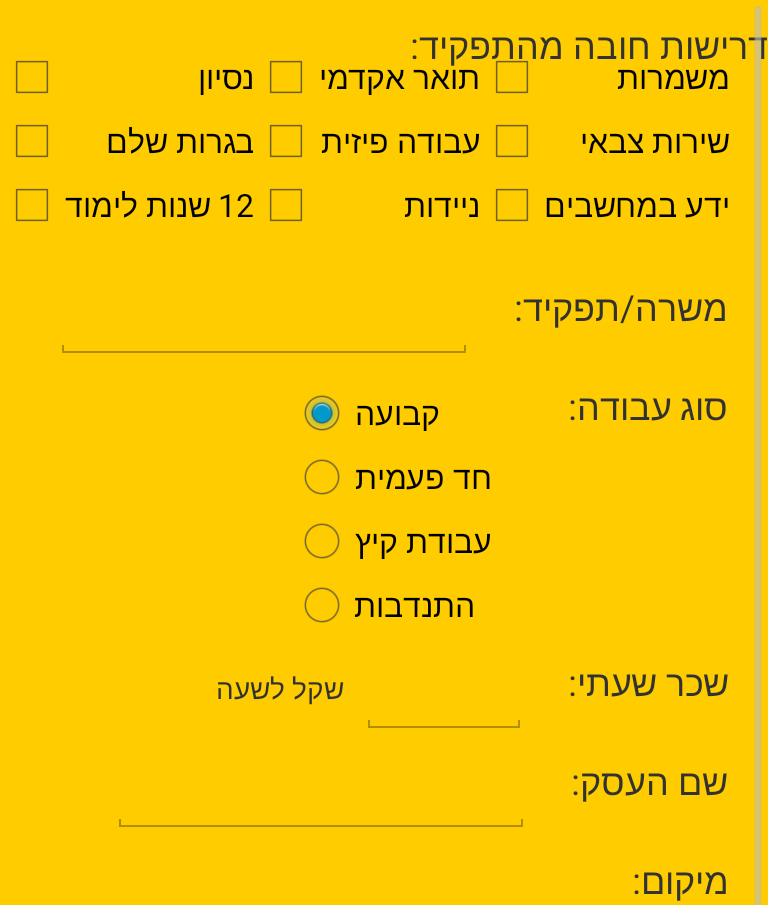
Repository: rodi055/jobli
Layout: Jobli/res/layout/fragment_create_job.xml
The author's editor kept a copy of each file at every save. The layout is drawn from the files as they stood at one save, then again after the next save.
The pictures show rows 0 to 905 of an output 1280 px tall.
Pictures or frames that could not be fetched are drawn as grey boxes. It is drawn on a 768 x 1280 px phone screen (xhdpi) without system bars, with theme AppTheme; the app's code is not run. The app's manifest (not shown) leaves right-to-left support off. So textAlignment, textDirection and layoutDirection are ignored, and left and right values win over start and end ones.

Above is the layout before, as saved 2015-01-03 12:41:23.

### Jobli/res/layout/fragment_create_job.xml
<?xml version="1.0" encoding="utf-8"?>
<LinearLayout xmlns:android="http://schemas.android.com/apk/res/android"
    android:layout_width="match_parent"
    android:layout_height="match_parent"
    android:background="#FFCC00"
    android:orientation="vertical" >

    <ScrollView
        android:layout_width="match_parent"
        android:layout_height="wrap_content" >

        <LinearLayout
            android:layout_width="match_parent"
            android:layout_height="wrap_content"
            android:orientation="vertical" >

            <RelativeLayout
                android:layout_width="wrap_content"
                android:layout_height="0dp"
                android:layout_weight="0.56"
                  android:layout_marginTop="10dp" >

                <TextView
                    android:id="@+id/textView10"
                    android:layout_width="wrap_content"
                    android:layout_height="wrap_content"
                    android:layout_alignParentEnd="true"
                    android:layout_alignParentRight="true"
                    android:layout_alignParentTop="true"
                    android:text="דרישות חובה מהתפקיד:"
                    android:textSize="18sp" />

                <TableLayout
                    android:id="@+id/table3"
                    android:layout_width="wrap_content"
                    android:layout_height="wrap_content"
                    android:layout_centerVertical="true"
                    android:layout_toEndOf="@+id/table2"
                    android:layout_toRightOf="@+id/table2" >

                    <TableRow
                        android:id="@+id/tableRow21"
                        android:layout_width="wrap_content"
                        android:layout_height="wrap_content" >

                        <CheckBox
                            android:id="@+id/checkBox22"
                            android:layout_width="wrap_content"
                            android:layout_height="wrap_content"
                            android:text="משמרות" />
                    </TableRow>

                    <TableRow
                        android:id="@+id/tableRow22"
                        android:layout_width="wrap_content"
                        android:layout_height="wrap_content" >

                        <CheckBox
                            android:id="@+id/checkBox23"
                            android:layout_width="wrap_content"
                            android:layout_height="wrap_content"
                            android:text="שירות צבאי" />
                    </TableRow>

                    <TableRow
                        android:id="@+id/tableRow23"
                        android:layout_width="wrap_content"
                        android:layout_height="wrap_content" >

                        <CheckBox
                            android:id="@+id/checkBox24"
                            android:layout_width="wrap_content"
                            android:layout_height="wrap_content"
                            android:text="ידע במחשבים" />
                    </TableRow>

                    <TableRow
                        android:id="@+id/tableRow24"
                        android:layout_width="wrap_content"
                        android:layout_height="wrap_content" >
                    </TableRow>
                </TableLayout>

                <TableLayout
                    android:id="@+id/table2"
                    android:layout_width="wrap_content"
                    android:layout_height="wrap_content"
                    android:layout_centerVertical="true"
                    android:layout_toEndOf="@+id/table1"
                    android:layout_toRightOf="@+id/table1" >

                    <TableRow
                        android:id="@+id/tableRow41"
                        android:layout_width="wrap_content"
                        android:layout_height="wrap_content" >

                        <CheckBox
                            android:id="@+id/checkBox2"
                            android:layout_width="wrap_content"
                            android:layout_height="wrap_content"
                            android:text="תואר אקדמי" />
                    </TableRow>

                    <TableRow
                        android:id="@+id/tableRow2"
                        android:layout_width="wrap_content"
                        android:layout_height="wrap_content" >

                        <CheckBox
                            android:id="@+id/checkBox42"
                            android:layout_width="wrap_content"
                            android:layout_height="wrap_content"
                            android:text="עבודה פיזית" />
                    </TableRow>

                    <TableRow
                        android:id="@+id/tableRow3"
                        android:layout_width="wrap_content"
                        android:layout_height="wrap_content" >

                        <CheckBox
                            android:id="@+id/checkBox4"
                            android:layout_width="wrap_content"
                            android:layout_height="wrap_content"
                            android:text="ניידות" />
                    </TableRow>

                    <TableRow
                        android:id="@+id/tableRow4"
                        android:layout_width="wrap_content"
                        android:layout_height="wrap_content" >
                    </TableRow>
                </TableLayout>

                <TableLayout
                    android:id="@+id/table1"
                    android:layout_width="wrap_content"
                    android:layout_height="wrap_content"
                    android:layout_below="@+id/textView10"
                    android:layout_centerVertical="true" >

                    <TableRow
                        android:id="@+id/tableRow11"
                        android:layout_width="wrap_content"
                        android:layout_height="wrap_content" >

                        <CheckBox
                            android:id="@+id/checkBox12"
                            android:layout_width="wrap_content"
                            android:layout_height="wrap_content"
                            android:text="נסיון" />
                    </TableRow>

                    <TableRow
                        android:id="@+id/tableRow12"
                        android:layout_width="wrap_content"
                        android:layout_height="wrap_content" >

                        <CheckBox
                            android:id="@+id/checkBox13"
                            android:layout_width="wrap_content"
                            android:layout_height="wrap_content"
                            android:text="בגרות שלם" />
                    </TableRow>

                    <TableRow
                        android:id="@+id/tableRow13"
                        android:layout_width="wrap_content"
                        android:layout_height="wrap_content" >

                        <CheckBox
                            android:id="@+id/checkBox14"
                            android:layout_width="wrap_content"
                            android:layout_height="wrap_content"
                            android:text="12 שנות לימוד" />
                    </TableRow>

                    <TableRow
                        android:id="@+id/tableRow14"
                        android:layout_width="wrap_content"
                        android:layout_height="wrap_content" >
                    </TableRow>
                </TableLayout>
            </RelativeLayout>

            <RelativeLayout
                android:layout_width="wrap_content"
                android:layout_height="wrap_content"
                android:layout_marginTop="10dp" >

                <TextView
                    android:id="@+id/textView1"
                    android:layout_width="wrap_content"
                    android:layout_height="wrap_content"
                    android:layout_alignParentEnd="true"
                    android:layout_alignParentRight="true"
                    android:layout_alignParentTop="true"
                    android:layout_marginEnd="20dp"
                    android:layout_marginRight="20dp"
                    android:text="משרה/תפקיד:"
                    android:textSize="18sp" />

                <EditText
                    android:id="@+id/editText1"
                    android:layout_width="wrap_content"
                    android:layout_height="wrap_content"
                    android:layout_alignTop="@+id/textView1"
                    android:layout_marginEnd="20dp"
                    android:layout_marginRight="20dp"
                    android:layout_toLeftOf="@+id/textView1"
                    android:layout_toStartOf="@+id/textView1"
                    android:ems="10"
                    android:inputType="text"
                    android:maxLines="1" />
            </RelativeLayout>

            <RelativeLayout
                android:layout_width="wrap_content"
                android:layout_height="wrap_content"
                android:layout_marginTop="10dp" >

                <TextView
                    android:id="@+id/textView2"
                    android:layout_width="wrap_content"
                    android:layout_height="wrap_content"
                    android:layout_alignParentEnd="true"
                    android:layout_alignParentRight="true"
                    android:layout_alignParentTop="true"
                    android:layout_marginEnd="20dp"
                    android:layout_marginRight="20dp"
                    android:text="סוג עבודה:"
                    android:textSize="18sp" />

                <RadioGroup
                    android:id="@+id/radioGroup1"
                    android:layout_width="wrap_content"
                    android:layout_height="wrap_content"
                    android:layout_alignParentTop="true"
                    android:layout_marginEnd="38dp"
                    android:layout_marginRight="38dp"
                    android:layout_toLeftOf="@+id/textView2" >

                    <RadioButton
                        android:id="@+id/radio0"
                        android:layout_width="wrap_content"
                        android:layout_height="wrap_content"
                        android:checked="true"
                        android:text="קבועה" />

                    <RadioButton
                        android:id="@+id/radio1"
                        android:layout_width="wrap_content"
                        android:layout_height="wrap_content"
                        android:text="חד פעמית" />

                    <RadioButton
                        android:id="@+id/radio2"
                        android:layout_width="wrap_content"
                        android:layout_height="wrap_content"
                        android:text="עבודת קיץ" />

                    <RadioButton
                        android:id="@+id/radio3"
                        android:layout_width="wrap_content"
                        android:layout_height="wrap_content"
                        android:text="התנדבות" />
                </RadioGroup>
            </RelativeLayout>

            <RelativeLayout
                android:layout_width="wrap_content"
                android:layout_height="wrap_content"
                android:layout_marginTop="10dp" >

                <TextView
                    android:id="@+id/textView8"
                    android:layout_width="wrap_content"
                    android:layout_height="wrap_content"
                    android:layout_alignParentEnd="true"
                    android:layout_alignParentRight="true"
                    android:layout_alignParentTop="true"
                    android:layout_marginEnd="20dp"
                    android:layout_marginRight="20dp"
                    android:text="שכר שעתי:"
                    android:textSize="18sp" />

                <EditText
                    android:id="@+id/editText8"
                    android:layout_width="wrap_content"
                    android:layout_height="wrap_content"
                    android:layout_alignTop="@+id/textView8"
                    android:layout_marginEnd="20dp"
                    android:layout_marginRight="20dp"
                    android:layout_toLeftOf="@+id/textView8"
                    android:ems="4"
                    android:inputType="numberDecimal"
                    android:maxLines="1"
                    android:singleLine="true" />

                <TextView
                    android:id="@+id/textView9"
                    android:layout_width="wrap_content"
                    android:layout_height="wrap_content"
                    android:layout_alignBottom="@+id/textView8"
                    android:layout_marginRight="8dp"
                    android:layout_toLeftOf="@+id/editText8"
                    android:text="שקל לשעה" />
            </RelativeLayout>

            <RelativeLayout
                android:layout_width="wrap_content"
                android:layout_height="wrap_content"
                android:layout_marginTop="10dp" >

                <TextView
                    android:id="@+id/textView3"
                    android:layout_width="wrap_content"
                    android:layout_height="wrap_content"
                    android:layout_alignParentEnd="true"
                    android:layout_alignParentRight="true"
                    android:layout_alignParentTop="true"
                    android:layout_marginEnd="20dp"
                    android:layout_marginRight="20dp"
                    android:text="שם העסק:"
                    android:textSize="18sp" />

                <EditText
                    android:id="@+id/editText3"
                    android:layout_width="wrap_content"
                    android:layout_height="wrap_content"
                    android:layout_alignTop="@+id/textView3"
                    android:layout_marginEnd="20dp"
                    android:layout_marginRight="20dp"
                    android:layout_toLeftOf="@+id/textView3"
                    android:ems="10"
                    android:maxLines="1"
                    android:singleLine="true" />
            </RelativeLayout>

            <RelativeLayout
                android:layout_width="wrap_content"
                android:layout_height="wrap_content"
                android:layout_marginTop="10dp" >

                <TextView
                    android:id="@+id/textView4"
                    android:layout_width="wrap_content"
                    android:layout_height="wrap_content"
                    android:layout_alignParentEnd="true"
                    android:layout_alignParentRight="true"
                    android:layout_alignParentTop="true"
                    android:layout_marginEnd="20dp"
                    android:layout_marginRight="20dp"
                    android:text="מיקום:"
                    android:textSize="18sp" />
            </RelativeLayout>

            <fragment
                android:id="@+id/My_map"
                android:layout_width="match_parent"
                android:layout_height="120dp"
                android:layout_marginBottom="20dp"
                class="com.google.android.gms.maps.MapFragment" />

            <RelativeLayout
                android:layout_width="wrap_content"
                android:layout_height="wrap_content"
                android:layout_marginTop="10dp" >

                <TextView
                    android:id="@+id/textView5"
                    android:layout_width="wrap_content"
                    android:layout_height="wrap_content"
                    android:layout_alignParentEnd="true"
                    android:layout_alignParentRight="true"
                    android:layout_alignParentTop="true"
                    android:layout_marginEnd="20dp"
                    android:layout_marginRight="20dp"
                    android:text="שם איש קשר:"
                    android:textSize="18sp" />

                <EditText
                    android:id="@+id/editText5"
                    android:layout_width="wrap_content"
                    android:layout_height="wrap_content"
                    android:layout_alignTop="@+id/textView5"
                    android:layout_marginEnd="20dp"
                    android:layout_marginRight="20dp"
                    android:layout_toLeftOf="@+id/textView5"
                    android:layout_toStartOf="@+id/textView5"
                    android:ems="10"
                    android:inputType="textPersonName"
                    android:maxLines="1"
                    android:singleLine="true" />
            </RelativeLayout>

            <RelativeLayout
                android:layout_width="wrap_content"
                android:layout_height="wrap_content"
                android:layout_marginTop="10dp" >

                <TextView
                    android:id="@+id/textView6"
                    android:layout_width="wrap_content"
                    android:layout_height="wrap_content"
                    android:layout_alignParentEnd="true"
                    android:layout_alignParentRight="true"
                    android:layout_alignParentTop="true"
                    android:layout_marginEnd="20dp"
                    android:layout_marginRight="20dp"
                    android:text="איימיל:"
                    android:textSize="18sp" />

                <EditText
                    android:id="@+id/editText6"
                    android:layout_width="wrap_content"
                    android:layout_height="wrap_content"
                    android:layout_alignTop="@+id/textView6"
                    android:layout_marginEnd="20dp"
                    android:layout_marginRight="20dp"
                    android:layout_toLeftOf="@+id/textView6"
                    android:layout_toStartOf="@+id/textView6"
                    android:ems="10"
                    android:inputType="textEmailAddress"
                    android:maxLines="1"
                    android:singleLine="true" />
            </RelativeLayout>

            <RelativeLayout
                android:layout_width="wrap_content"
                android:layout_height="wrap_content"
                android:layout_marginTop="10dp"
                android:contentDescription="@android:string/emptyPhoneNumber" >

                <TextView
                    android:id="@+id/textView7"
                    android:layout_width="wrap_content"
                    android:layout_height="wrap_content"
                    android:layout_alignParentEnd="true"
                    android:layout_alignParentRight="true"
                    android:layout_alignParentTop="true"
                    android:layout_marginEnd="20dp"
                    android:layout_marginRight="20dp"
                    android:text="מספר טלפון:"
                    android:textSize="18sp" />

                <EditText
                    android:id="@+id/editText7"
                    android:layout_width="wrap_content"
                    android:layout_height="wrap_content"
                    android:layout_alignTop="@+id/textView7"
                    android:layout_marginEnd="20dp"
                    android:layout_marginRight="20dp"
                    android:layout_toLeftOf="@+id/textView7"
                    android:layout_toStartOf="@+id/textView7"
                    android:ems="10"
                    android:inputType="phone"
                    android:maxLines="1"
                    android:singleLine="true" />

                <CheckBox
                    android:id="@+id/checkBox1"
                    android:layout_width="wrap_content"
                    android:layout_height="wrap_content"
                    android:layout_alignParentRight="true"
                    android:layout_below="@id/textView7"
                    android:text="אל תציג מספר טלפון"
                    android:textSize="12sp" />
            </RelativeLayout>
        </LinearLayout>
    </ScrollView>

</LinearLayout>

Loaded but not shown: Jobli/res/values/styles.xml (common file); Jobli/res/values-v11/styles.xml (common file); Jobli/res/values-v14/styles.xml (common file)

After the next save:
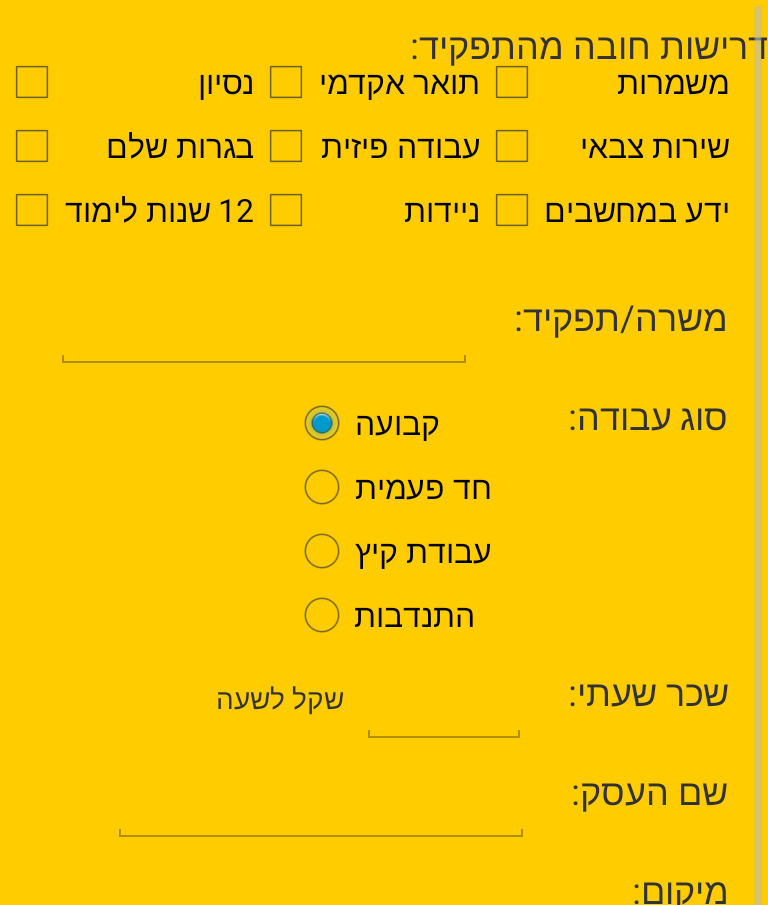
Saved 2 min 25 s later.
--- a/Jobli/res/layout/fragment_create_job.xml
+++ b/Jobli/res/layout/fragment_create_job.xml
@@ -27,6 +27,7 @@
                     android:layout_alignParentEnd="true"
                     android:layout_alignParentRight="true"
                     android:layout_alignParentTop="true"
+                    android:layout_marginBottom="5dp"
                     android:text="דרישות חובה מהתפקיד:"
                     android:textSize="18sp" />
 
